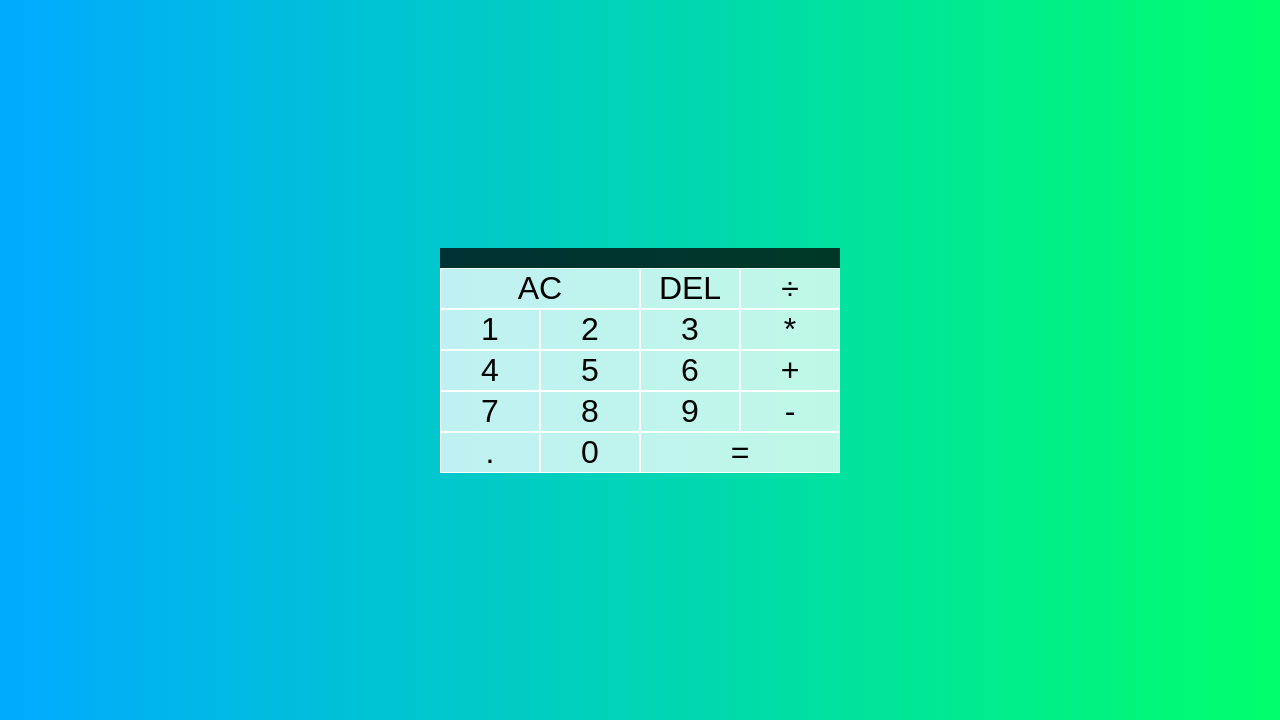
Repository: weazzyefff/Calculator-YT-Tutorial-
Page: index.html
An editor plug-in stored every save of this project. The page is shown before and after the next save, followed by the edit.
The browser window is 1280 px wide. The pictures show the whole page.

Above is the page before, as saved 2022-12-23 14:50:14.
Console error: SyntaxError: Unexpected token '{'

### index.html
<!DOCTYPE html>
<html>

<head>
    <meta charset="utf-8">
    <meta name="viewport" content="width=device-width, initial-scale=1">
    <title>Calculator App</title>
    <link rel="stylesheet" href="styles.css">
    <script src="script.js" defer></script>
</head>

<body>
    <div class="calculator-grid">
        <div class="output">
            <div data-previous-operand class="previous-operand"></div>
            <div data-current-operand class="current-operand"></div>
        </div>
        <button data-all-clear class="span-two">AC</button>
        <button data-delete>DEL</button>
        <button data-operation>÷</button>
        <button data-number>1</button>
        <button data-number>2</button>
        <button data-number>3</button>
        <button data-operation>*</button>
        <button data-number>4</button>
        <button data-number>5</button>
        <button data-number>6</button>
        <button data-operation>+</button>
        <button data-number>7</button>
        <button data-number>8</button>
        <button data-number>9</button>
        <button data-operation>-</button>
        <button data-number>.</button>
        <button data-number>0</button>
        <button data-equals class="span-two">=</button>
    </div>

</body>

</html>

### styles.css
*, *::before, *::after {
    box-sizing: border-box;
    font-family: Gotham Rounded, sans-serif;
    font-weight: normal;
}

body {
    padding: 0;
    margin: 0;
    background: linear-gradient(to right, #00AAFF, #00FF6C);
}

.calculator-grid {
    display: grid;
    justify-content: center;
    align-content: center;
    min-width: 20vh;
    min-height: 100vh;
    grid-template-columns: repeat(4,100px);
    grid-template-rows: minmax(120px, auto) repeat((5, 100px));
}

.calculator-grid > button {
    cursor: pointer;
    font-size: 2rem;
    border: 1px solid white;
    outline: none;
    background-color: rgba(255,255,255, .75);
}

.calculator-grid > button:hover {
    background-color:rgba(255,255,255, .9);
}

.span-two {
    grid-column: span 2;
}

.output  {
    grid-column: 1 / -1;
    background-color: rgba(0,0,0, .75);
    display: flex;
    align-items: flex-end;
    justify-content: space-around;
    flex-direction: column;
    padding: 10px;
    word-wrap: break-word;
    word-break: break-all;
}

.output .previous-operand {
    color: rgba(255,255,255, .75);
    font-size: 1.5rem;
}
.output .current-operand {
    color: white;
    font-size: 2.5rem;
}

### script.js
class Calculator {
    constructor(previousOperandTextElement, currentOperandTextElement) {
        this.previousOperandTextElement = previousOperandTextElement
        this.currentOperandTextElement = currentOperandTextElement
    }
}

clear() {
    this.currentOperand = ''
    this.previousOperand = ''
    this.operation = undefined
}
delete() {

}
appendNumber(number) {

}
chooseOperation(operation) {

}

compute() {

}

updateDisplay() {

}

const numberButtons = document.querySelectorAll('[data-number]')
const operationButtons = document.querySelectorAll('[data-operation]')
const equalsButton = document.querySelector('[data-equals]')
const allClearButton = document.querySelectorAll('[data-all-clear]')
const deleteButton = document.querySelectorAll('[data-delete]')
const previousOperandTextElement = document.querySelectorAll('[data-previous-operand]')
const currentOperandTextElement = document.querySelectorAll('[data-current-operand]')

After the next save:
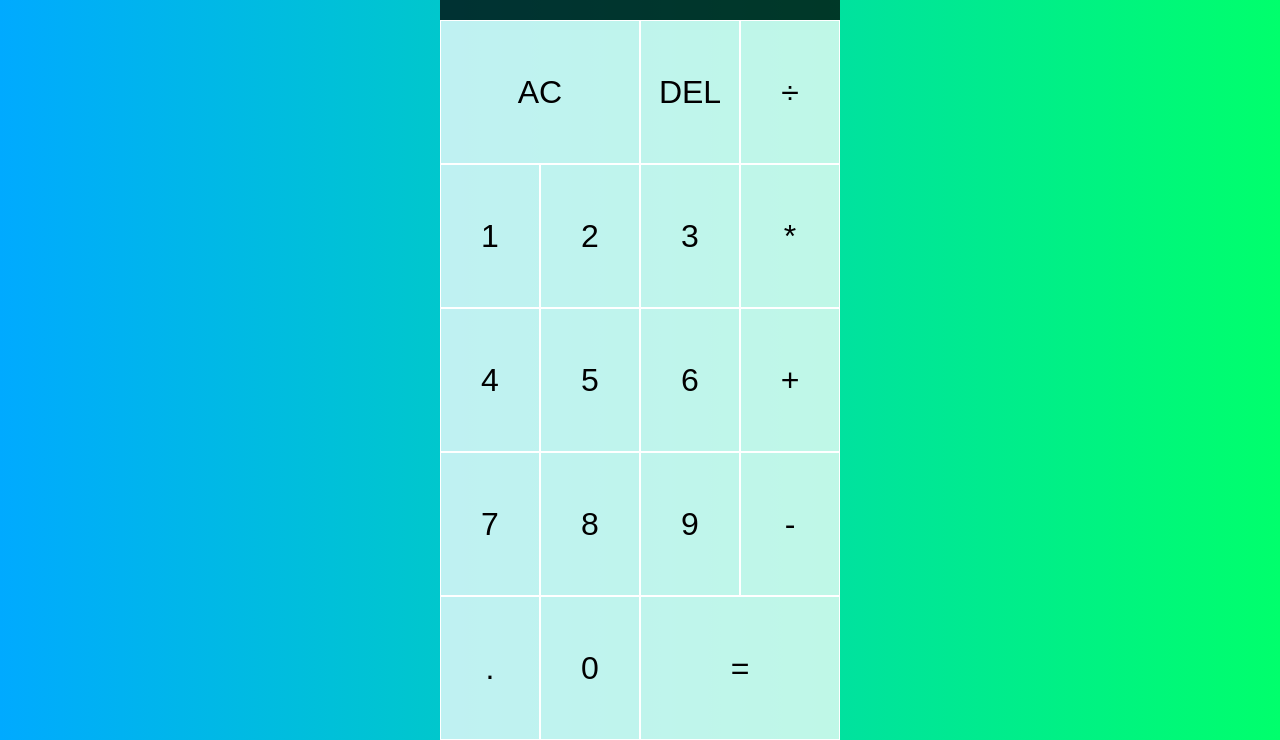
Saved 22 s later.
--- a/styles.css
+++ b/styles.css
@@ -22,6 +22,7 @@
 
 .calculator-grid > button {
     cursor: pointer;
+    min-height: 20vh;
     font-size: 2rem;
     border: 1px solid white;
     outline: none;

After the save that followed:
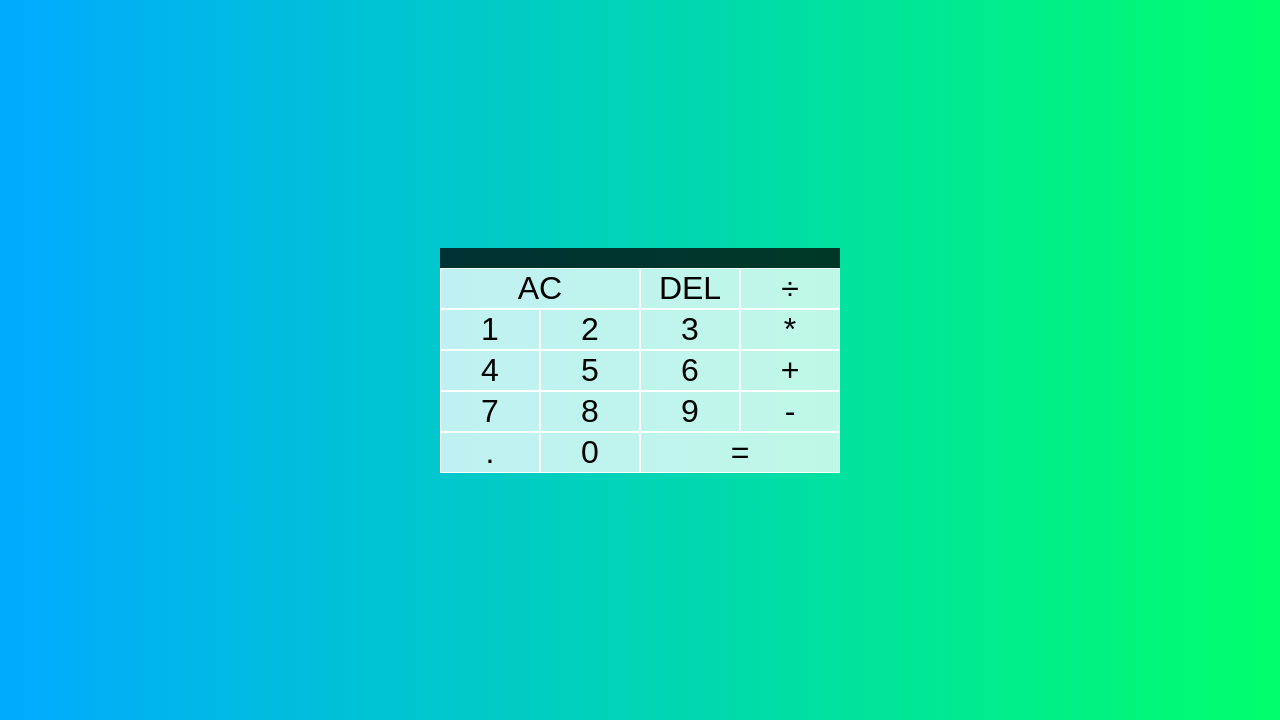
Saved 7 s later.
--- a/styles.css
+++ b/styles.css
@@ -22,7 +22,7 @@
 
 .calculator-grid > button {
     cursor: pointer;
-    min-height: 20vh;
+    min-height: 20px;
     font-size: 2rem;
     border: 1px solid white;
     outline: none;
